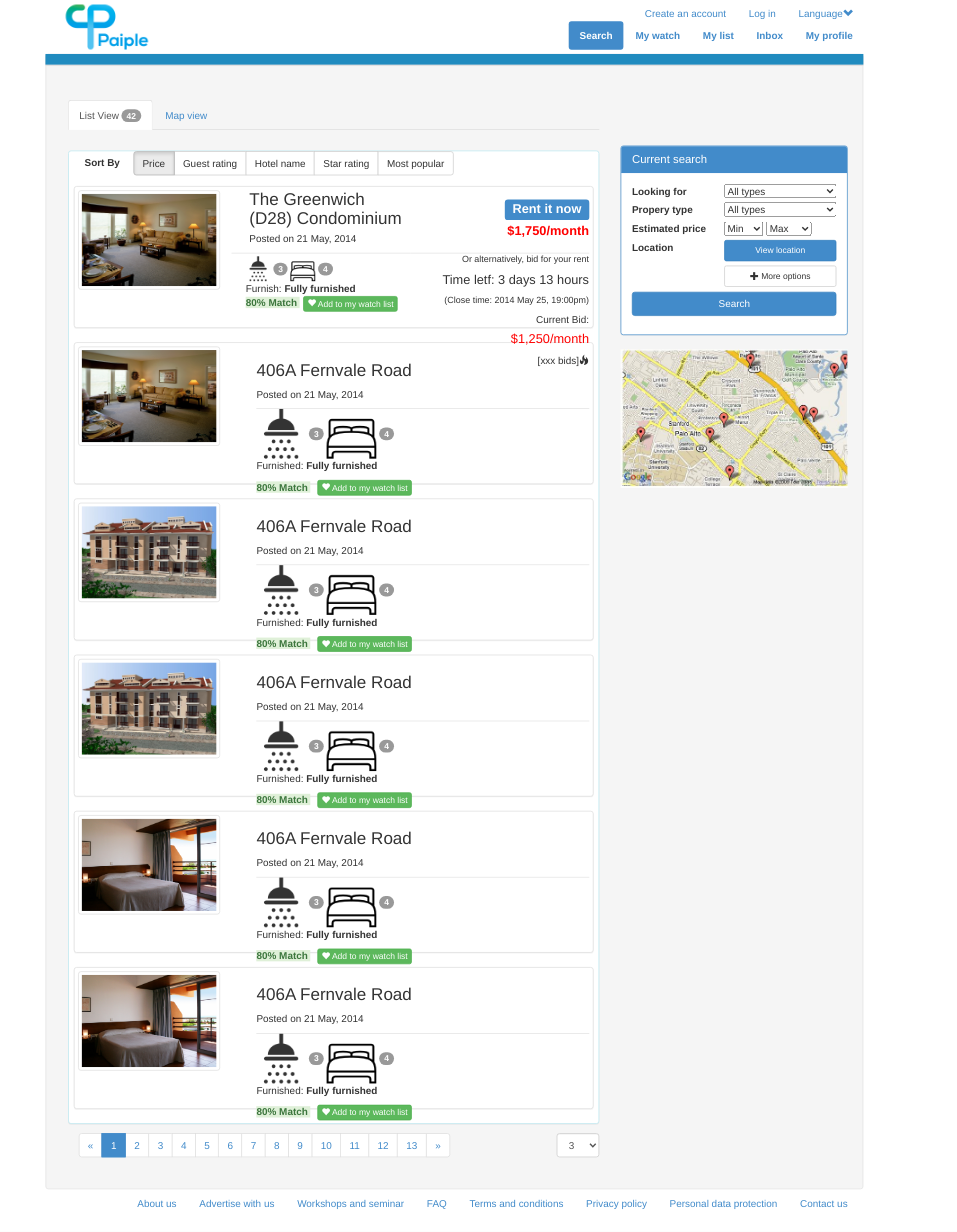
Repository: thytran142/Intern
Page: Internship/ListingPage.html
The author's editor kept a copy of each file at every save. The page is drawn from the files as they stood at one save, then again after the next save.
The browser window is 1280 px wide. The page is 1348 px wide, so the pictures cover 1348 px, including what lies to the right of the window. The pictures show the whole page, at 71% of full size.
Some web libraries are served in a nearby version.

Above is the page before, as saved 2014-05-23 05:36:22.

After the next save:
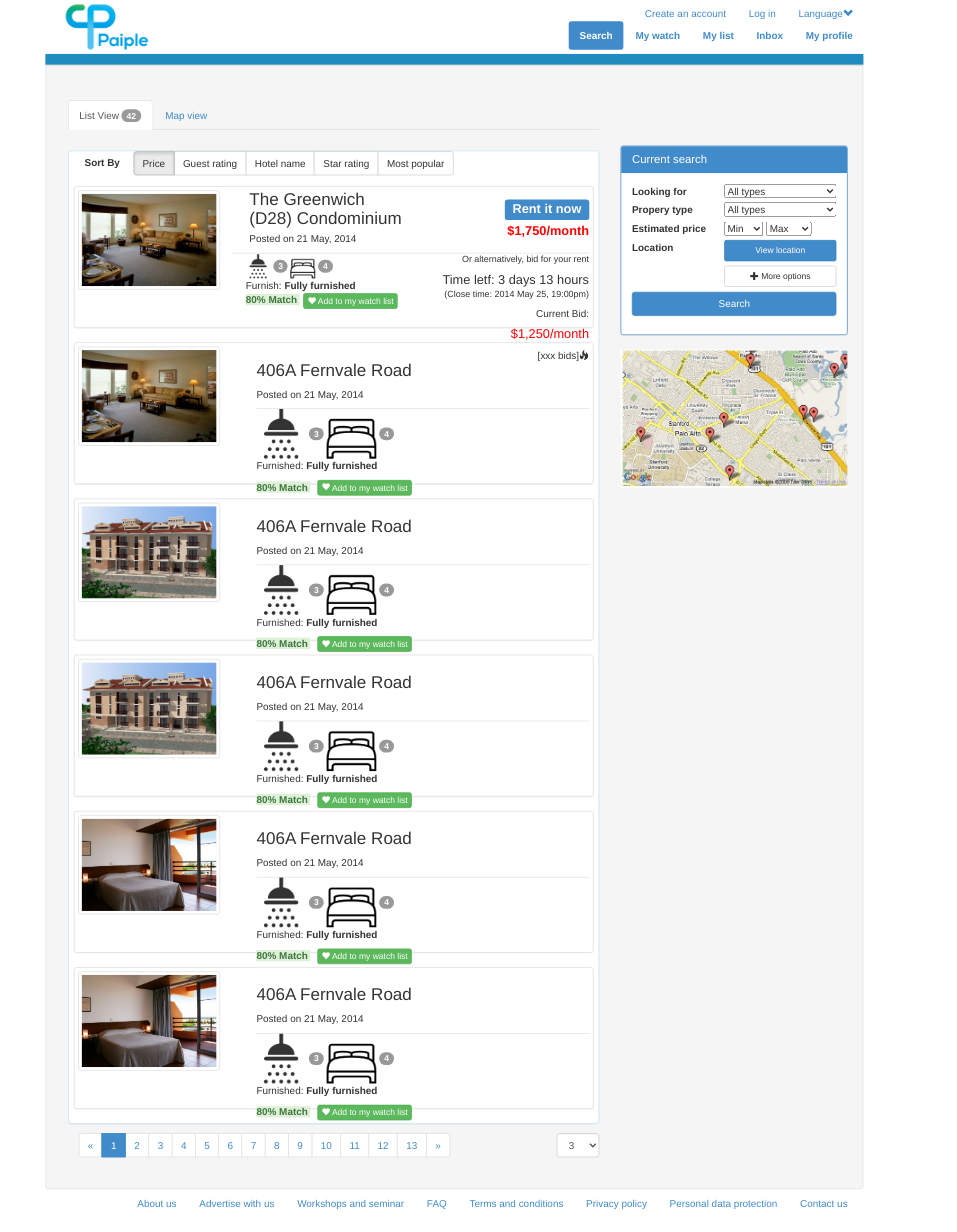
Saved 38 s later.
--- a/Internship/ListingPage.html
+++ b/Internship/ListingPage.html
@@ -181,7 +181,7 @@
 								</td>
 								<td style="text-align:right;"><div style="font-size:90%;">Or alternatively, bid for your rent</div>
 									<h4>Time letf: 3 days 13 hours</h4>
-									<div style="font-size:90%;">(Close time: 2014 May 25, 19:00pm)</div>
+									<div style="font-size:90%;margin-top:-3%;">(Close time: 2014 May 25, 19:00pm)</div>
 									<h5>Current Bid:</h5><h4 style="color:red">$1,250/month</h4>
 									<p>[xxx bids]<span class="glyphicon glyphicon-fire"></span></p>
 							</td>
